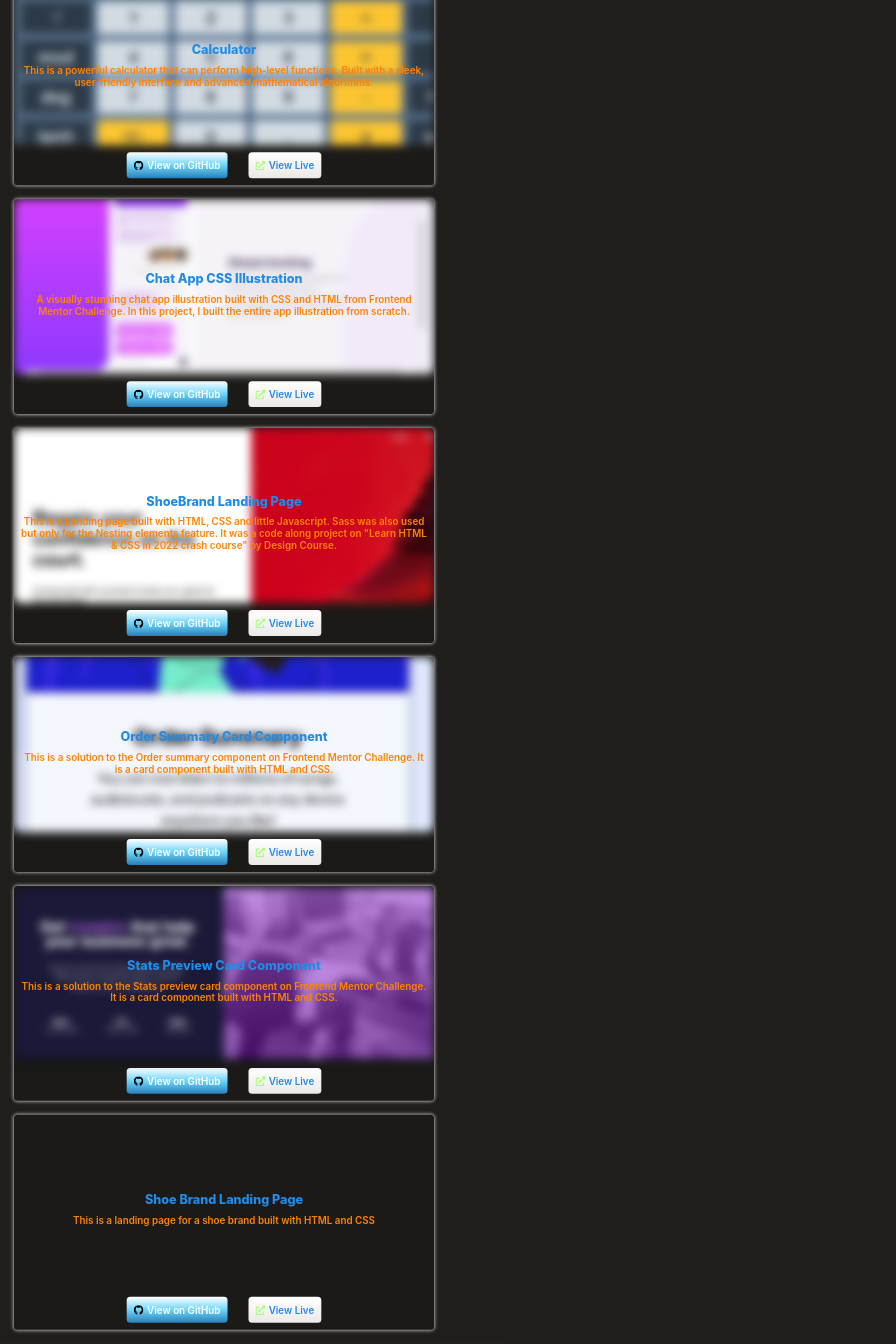
Repository: MikkyPrestige/portfolio
Page: /projects
An editor plug-in stored every save of this project. The page is shown before and after the next save, followed by the edit.
The browser window is 1280 px wide. The pictures show the part of the page from y = 2431 to 4351 px (the page is 4351 px tall before and 4024 px after), at 70% of full size.
The project was rebuilt for these pictures with package versions that can differ from the ones it lists, and the page was loaded fresh each time. Also part of the build but not shown: src/components/avatar.jsx, src/components/home.jsx, src/components/about.jsx, src/components/fallback.jsx.

Above is the page before, as saved 2023-02-21 20:52:16.

### public/index.html
<!DOCTYPE html>
<html lang="en">
  <head>
    <meta charset="utf-8" />
    <link rel="icon" href="%PUBLIC_URL%/favicon.ico" />
    <meta name="viewport" content="width=device-width, initial-scale=1" />
    <meta name="theme-color" content="#000000" />
    <meta
      name="description"
      content="Web site created using create-react-app"
    />
    <link rel="apple-touch-icon" href="%PUBLIC_URL%/logo192.png" />
    <!--
      manifest.json provides metadata used when your web app is installed on a
      user's mobile device or desktop. See https://developers.google.com/web/fundamentals/web-app-manifest/
    -->
    <link rel="manifest" href="%PUBLIC_URL%/manifest.json" />
    <!--
      Notice the use of %PUBLIC_URL% in the tags above.
      It will be replaced with the URL of the `public` folder during the build.
      Only files inside the `public` folder can be referenced from the HTML.

      Unlike "/favicon.ico" or "favicon.ico", "%PUBLIC_URL%/favicon.ico" will
      work correctly both with client-side routing and a non-root public URL.
      Learn how to configure a non-root public URL by running `npm run build`.
    -->
    <title>Elue Michael Portfolio</title>
  </head>
  <body>
    <noscript>You need to enable JavaScript to run this app.</noscript>
    <div id="root"></div>
    <!--
      This HTML file is a template.
      If you open it directly in the browser, you will see an empty page.

      You can add webfonts, meta tags, or analytics to this file.
      The build step will place the bundled scripts into the <body> tag.

      To begin the development, run `npm start` or `yarn start`.
      To create a production bundle, use `npm run build` or `yarn build`.
    -->
  </body>
</html>

### src/assets/styles/sass/main.scss
@import 'abstracts/variables';
@import 'base/utilities';
@import 'base/base';
@import 'layouts/header';
@import 'pages/home';
@import 'pages/about';
@import 'pages/projects';
@import 'base/animation';

// @media (prefers-reduced-motion: no-preference) {
//   .App-logo {
//     animation: App-logo-spin infinite 20s linear;
//   }
// }

// @keyframes App-logo-spin {
//   from {
//     transform: rotate(0deg);
//   }
//   to {
//     transform: rotate(360deg);
//   }
// }

### src/components/projects.jsx
import { Link } from "react-router-dom";
import { FaGithub } from "react-icons/fa";
import { FaExternalLinkAlt } from "react-icons/fa";

const Projects = () => {
  return (
    <div className="project">
      <h1 className="project--title">My Works</h1>
      <div className="project--wrapper">
        <div className="project--card">
          <div className="project--card__blur project--card__blur-1"></div>
          <div className="project--card__content">
            <h2 className="project--card__content__title">GitHub Repository App</h2>
            <p className="project--card__content__desc">
            This is a React-based web app that utilizes the GitHub API to showcase a user's repositories. With its sleek and intuitive interface, this app allows users to easily view all of their repositories in one place, including details such as the name, description, and number of stars.
            </p>
          </div>
          <div className="project--card__links">
            <Link
              to={{ pathname: "https://github.com/MeekyBerry/RandomPeopleApp" }}
              target="_blank"
              className="project--card__links__link github-link-bg"
            >
              <FaGithub style={{ color: "#000"}} />
              View on GitHub
            </Link>
            <Link
              to={{ pathname: "https://randompeopleapp.vercel.app" }}
              target="_blank"
              className="project--card__links__link live-link-bg blue-markup"
            >
              <FaExternalLinkAlt style={{ color: "#a8ff78"}} />
              View Live
            </Link>
          </div>
        </div>
        <div className="project--card">
          <div className="project--card__blur project--card__blur-2"></div>
          <div className="project--card__content">
            <h2 className="project--card__content__title">Phonie App</h2>
            <p className="project--card__content__desc">
              The Phonie Project is a web-based application created by the team
              "Phantom_Devz" that determines the telecom carrier based on a
              phone number entered by the user
            </p>
          </div>
          <div className="project--card__links">
            <Link
              to={{
                pathname:
                  "https://github.com/MeekyBerry/Phonie-project-Phantom_Devz",
              }}
              target="_blank"
              className="project--card__links__link github-link-bg"
            >
              <FaGithub style={{ color: "#000"}} />
              View on GitHub
            </Link>
            <Link
              to={{ pathname: "https://phantom-devz-phonie.netlify.app/" }}
              target="_blank"
              className="project--card__links__link live-link-bg blue-markup"
            >
              <FaExternalLinkAlt style={{ color: "#a8ff78"}} />
              View Live
            </Link>
          </div>
        </div>
        <div className="project--card">
          <div className="project--card__blur project--card__blur-3"></div>
          <div className="project--card__content">
            <h2 className="project--card__content__title">
              RandomPeopleApp
            </h2>
            <p className="project--card__content__desc">
            This is a web app that uses firebase authentication and displays
              random people data generated from randomuser API. (built with
              React).
            </p>
          </div>
          <div className="project--card__links">
            <Link
              to={{
                pathname:
                  "https://github.com/MeekyBerry/Frontend-Mentor-challenges/tree/main/chat-app-css-illustration",
              }}
              target="_blank"
              className="project--card__links__link github-link-bg"
            >
              <FaGithub style={{ color: "#000"}} />
              View on GitHub
            </Link>
            <Link
              to={{ pathname: "https://chat-app-css-project.netlify.app/" }}
              target="_blank"
              className="project--card__links__link live-link-bg blue-markup"
            >
              <FaExternalLinkAlt style={{ color: "#a8ff78"}} />
              View Live
            </Link>
          </div>
        </div>
        <div className="project--card">
          <div className="project--card__blur project--card__blur-4"></div>
          <div className="project--card__content">
            <h2 className="project--card__content__title">
              Interactive Rating Component
            </h2>
            <p className="project--card__content__desc">
            An interactive rating component built with HTML, CSS, and JavaScript. This is a small project to practice handling user interactions and updating the DOM.
            </p>
          </div>
          <div className="project--card__links">
            <Link
              to={{
                pathname:
                  "https://github.com/MeekyBerry/Advanced-CSS-Sass-Course-Projects/tree/master/Natours-project",
              }}
              target="_blank"
              className="project--card__links__link github-link-bg"
            >
              <FaGithub style={{ color: "#000"}} />
              View on GitHub
            </Link>
            <Link
              to={{ pathname: "https://natour-landing-page.netlify.app/" }}
              target="_blank"
              className="project--card__links__link live-link-bg blue-markup"
            >
              <FaExternalLinkAlt style={{ color: "#a8ff78"}} />
              View Live
            </Link>
          </div>
        </div>
        <div className="project--card">
          <div className="project--card__blur project--card__blur-5"></div>
          <div className="project--card__content">
            <h2 className="project--card__content__title">
              Natours Landing Page
            </h2>
            <p className="project--card__content__desc">
            This is a landing page for a fictional company called Natours. It
              was built with HTML, CSS and SASS From JONAS SCHMEDTMANN online course.
            </p>
          </div>
          <div className="project--card__links">
            <Link
              to={{
                pathname:
                  "https://github.com/MeekyBerry/exam-project-altschoolafrica",
              }}
              target="_blank"
              className="project--card__links__link github-link-bg"
            >
              <FaGithub style={{ color: "#000"}} />
              View on GitHub
            </Link>
            <Link
              to={{ pathname: "https://github-repos-display.vercel.app/" }}
              target="_blank"
              className="project--card__links__link live-link-bg blue-markup"
            >
              <FaExternalLinkAlt style={{ color: "#a8ff78"}} />
              View Live
            </Link>
          </div>
        </div>
        <div className="project--card">
          <div className="project--card__blur project--card__blur-6"></div>
          <div className="project--card__content">
            <h2 className="project--card__content__title">
              Trillo Landing Page
            </h2>
            <p className="project--card__content__desc">
              This is a landing page for a fictional company called Trillo. It
              was built with HTML, CSS and SASS From JONAS SCHMEDTMANN online course.
            </p>
          </div>
          <div className="project--card__links">
            <Link
              to={{
                pathname:
                  "https://github.com/MeekyBerry/Advanced-CSS-Sass-Course-Projects/tree/master/Trillow-project",
              }}
              target="_blank"
              className="project--card__links__link github-link-bg"
            >
              <FaGithub style={{ color: "#000"}} />
              View on GitHub
            </Link>
            <Link
              to={{
                pathname: "https://fantastic-crostata-3e9a02.netlify.app/",
              }}
              target="_blank"
              className="project--card__links__link live-link-bg blue-markup"
            >
              <FaExternalLinkAlt style={{ color: "#a8ff78"}} />
              View Live
            </Link>
          </div>
        </div>
        <div className="project--card">
          <div className="project--card__blur project--card__blur-7"></div>
          <div className="project--card__content">
            <h2 className="project--card__content__title">
              Phony Authentication
            </h2>
            <p className="project--card__content__desc">
              This is a simple authentication app built with React and Firebase.
            </p>
          </div>
          <div className="project--card__links">
            <Link
              to={{
                pathname:
                  "https://github.com/MeekyBerry/fake-user-authentication",
              }}
              target="_blank"
              className="project--card__links__link github-link-bg"
            >
              <FaGithub style={{ color: "#000"}} />
              View on GitHub
            </Link>
            <Link
              to={{ pathname: "https://fake-auth.vercel.app/" }}
              target="_blank"
              className="project--card__links__link live-link-bg blue-markup"
            >
              <FaExternalLinkAlt style={{ color: "#a8ff78"}} />
              View Live
            </Link>
          </div>
        </div>
        <div className="project--card">
          <div className="project--card__blur project--card__blur-8"></div>
          <div className="project--card__content">
            <h2 className="project--card__content__title">Calculator</h2>
            <p className="project--card__content__desc">
            This is a powerful calculator that can perform high-level functions. Built with a sleek, user-friendly interface and advanced mathematical algorithms.
            </p>
          </div>
          <div className="project--card__links">
            <Link
              to={{ pathname: "https://github.com/MeekyBerry/calculator" }}
              target="_blank"
              className="project--card__links__link github-link-bg"
            >
              <FaGithub style={{ color: "#000"}} />
              View on GitHub
            </Link>
            <Link
              to={{ pathname: "https://calculator-omega-murex.vercel.app/" }}
              target="_blank"
              className="project--card__links__link live-link-bg blue-markup"
            >
              <FaExternalLinkAlt style={{ color: "#a8ff78"}} />
              View Live
            </Link>
          </div>
        </div>
        <div className="project--card">
          <div className="project--card__blur project--card__blur-9"></div>
          <div className="project--card__content">
            <h2 className="project--card__content__title">
            Chat App CSS Illustration
            </h2>
            <p className="project--card__content__desc">
            A visually stunning chat app illustration built with CSS and HTML from Frontend Mentor Challenge. In this project, I built the entire app illustration from scratch.
            </p>
          </div>
          <div className="project--card__links">
            <Link
              to={{
                pathname:
                  "https://github.com/MeekyBerry/Frontend-Mentor-challenges/tree/main/interactive-rating-component",
              }}
              target="_blank"
              className="project--card__links__link github-link-bg"
            >
              <FaGithub style={{ color: "#000"}} />
              View on GitHub
            </Link>
            <Link
              to={{
                pathname:
                  "https://interactive-ratings-component-project.netlify.app/",
              }}
              target="_blank"
              className="project--card__links__link live-link-bg blue-markup"
            >
              <FaExternalLinkAlt style={{ color: "#a8ff78"}} />
              View Live
            </Link>
          </div>
        </div>
        <div className="project--card">
          <div className="project--card__blur project--card__blur-10"></div>
          <div className="project--card__content">
            <h2 className="project--card__content__title">
              ShoeBrand Landing Page
            </h2>
            <p className="project--card__content__desc">
            This is a Landing page built with HTML, CSS and little Javascript. Sass was also used but only for the Nesting elements feature. It was a code along project on "Learn HTML & CSS in 2022 crash course" by Design Course.
            </p>
          </div>
          <div className="project--card__links">
            <Link
              to={{
                pathname:
                  "https://github.com/MeekyBerry/Frontend-Mentor-challenges/tree/main/fylo-data-store-layout",
              }}
              target="_blank"
              className="project--card__links__link github-link-bg"
            >
              <FaGithub style={{ color: "#000"}} />
              View on GitHub
            </Link>
            <Link
              to={{ pathname: "https://fylo-data-store-layout.netlify.app/" }}
              target="_blank"
              className="project--card__links__link live-link-bg blue-markup"
            >
              <FaExternalLinkAlt style={{ color: "#a8ff78"}} />
              View Live
            </Link>
          </div>
        </div>
        <div className="project--card">
          <div className="project--card__blur project--card__blur-11"></div>
          <div className="project--card__content">
            <h2 className="project--card__content__title">
              Order Summary Card Component
            </h2>
            <p className="project--card__content__desc">
            This is a solution to the Order summary component on Frontend Mentor Challenge. It is a card component built with HTML and CSS.
            </p>
          </div>
          <div className="project--card__links">
            <Link
              to={{
                pathname:
                  "https://github.com/MeekyBerry/Frontend-Mentor-challenges/tree/main/order-summary-card-component",
              }}
              target="_blank"
              className="project--card__links__link github-link-bg"
            >
              <FaGithub style={{ color: "#000"}} />
              View on GitHub
            </Link>
            <Link
              to={{
                pathname: "https://order-summary-card-project.netlify.app/",
              }}
              target="_blank"
              className="project--card__links__link live-link-bg blue-markup"
            >
              <FaExternalLinkAlt style={{ color: "#a8ff78"}} />
              View Live
            </Link>
          </div>
        </div>
        <div className="project--card">
          <div className="project--card__blur project--card__blur-12"></div>
          <div className="project--card__content">
            <h2 className="project--card__content__title">
              Stats Preview Card Component
            </h2>
            <p className="project--card__content__desc">
              This is a solution to the Stats preview card component on Frontend Mentor Challenge. It is a card component built with HTML and CSS.
            </p>
          </div>
          <div className="project--card__links">
            <Link
              to={{
                pathname:
                  "https://github.com/MeekyBerry/Frontend-Mentor-challenges/tree/main/stats-preview-card-compo",
              }}
              target="_blank"
              className="project--card__links__link github-link-bg"
            >
              <FaGithub style={{ color: "#000"}} />
              View on GitHub
            </Link>
            <Link
              to={{
                pathname: "https://stats-preview-card-project.netlify.app/",
              }}
              target="_blank"
              className="project--card__links__link live-link-bg blue-markup"
            >
              <FaExternalLinkAlt style={{ color: "#a8ff78"}} />
              View Live
            </Link>
          </div>
        </div>
        <div className="project--card">
          <div className="project--card__blur project--card__blur-13"></div>
          <div className="project--card__content">
            <h2 className="project--card__content__title">
              Shoe Brand Landing Page
            </h2>
            <p className="project--card__content__desc">
              This is a landing page for a shoe brand built with HTML and CSS
            </p>
          </div>
          <div className="project--card__links">
            <Link
              to={{
                pathname:
                  "https://github.com/MeekyBerry/Shoe-brand-landing-page",
              }}
              target="_blank"
              className="project--card__links__link github-link-bg"
            >
              <FaGithub style={{ color: "#000"}} />
              View on GitHub
            </Link>
            <Link
              to={{ pathname: "https://shoe-brand-landing-page.netlify.app/" }}
              target="_blank"
              className="project--card__links__link live-link-bg blue-markup"
            >
              <FaExternalLinkAlt style={{ color: "#a8ff78"}} />
              View Live
            </Link>
          </div>
        </div>
      </div>
    </div>
  );
};

export default Projects;

### src/assets/styles/sass/base/_utilities.scss
.github-link-bg {
  background: linear-gradient(to top, var(--dark-blue--1), var(--light-blue--2), var(--color--white));
}

.live-link-bg {
  background: linear-gradient(to top, var(--color--white-2), var(--color--white));
}

.blue-markup {
  color: var(--blue-cyan) !important;
}

### src/assets/styles/sass/base/_base.scss
*,
*::after,
*::before {
  margin: 0;
  padding: 0;
  box-sizing: border-box;
}

html {
  font-size: 62.5%;
  font-family: var(--font-family);
  color: var(--color-white);
  background-color: var(--color--bg);
}

::selection {
  background-color: var(--color-primary);
  color: var(--color-white);
}

### src/assets/styles/sass/pages/home.scss
.home {
  width: 100%;
  height: 100vh;
  background: radial-gradient(100% 100% at 50% 100%, var(--color--bg-dark-2) 21.52%, var(--color--bg-dark) 100%);

  &--contents {
    display: flex;
    flex-direction: column;
    justify-content: center;
    align-items: center;
    padding: 3rem 5rem;
    gap: 3rem;
  }

  &--content {
    display: flex;
    flex-direction: column;
    align-items: flex-start;
    padding: 0;
    gap: .5rem;

    &__title {
      font-family: var(--font-family--secondary);
      font-size: var(--font-size--x-large);
      font-weight: var(--font-weight--boldest);
      color: var(--dark-blue);
    }

    &__subtitle {
      font-family: var(--font-family--secondary);
      font-size: var(--font-size--large);
      font-weight: var(--font-weight--bold);
      color: var(--color--text);
    }

    &__desc {
      font-family: var(--font-family--secondary);
      font-size: var(--font-size--small);
      font-weight: var(--font-weight--regular);
      color: var(--color--white-1);
    }
  }

  &--avatar {
    border-radius: 5%;
    -webkit-border-radius: 5%;
    -moz-border-radius: 5%;
    -ms-border-radius: 5%;
    -o-border-radius: 5%;
    background-image: radial-gradient(circle, var(--blue-cyan) 5%, var(--light-blue--1) 95%);
  }
}

### src/assets/styles/sass/base/_animation.scss
//  INFINITE HEARTBEAT PAUSE ANIMATION

@keyframes Heartbeat {
  0% {
    transform: scale(1);
    -webkit-transform: scale(1);
    -moz-transform: scale(1);
    -ms-transform: scale(1);
    -o-transform: scale(1);
  }

  50% {
    transform: scale(1.05);
    -webkit-transform: scale(1.05);
    -moz-transform: scale(1.05);
    -ms-transform: scale(1.05);
    -o-transform: scale(1.05);
  }

  100% {
    transform: scale(1);
    -webkit-transform: scale(1);
    -moz-transform: scale(1);
    -ms-transform: scale(1);
    -o-transform: scale(1);
  }
}

Loaded but not shown: src/index.css (common file); src/reportWebVitals.js (common file); src/index.js (21 lines, source omitted); src/App.js (22 lines, source omitted); src/components/layout.jsx (141 lines, source omitted); src/assets/styles/sass/pages/_projects.scss (161 lines, source omitted); src/assets/styles/sass/pages/_about.scss (158 lines, source omitted); src/assets/styles/sass/layouts/_header.scss (111 lines, source omitted); src/assets/styles/sass/abstracts/_variables.scss (67 lines, source omitted)

After the next save:
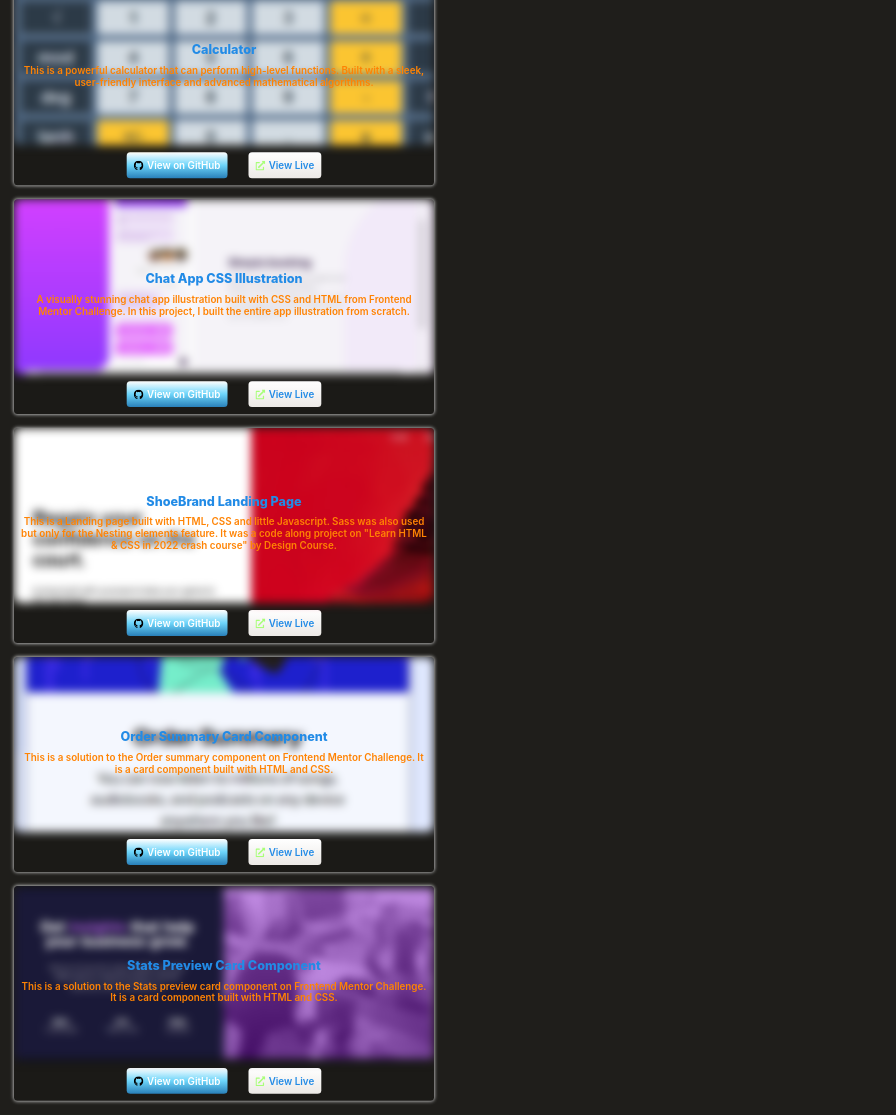
Saved 40 s later.
--- a/src/components/projects.jsx
+++ b/src/components/projects.jsx
@@ -394,7 +394,7 @@ const Projects = () => {
             </Link>
           </div>
         </div>
-        <div className="project--card">
+        {/* <div className="project--card">
           <div className="project--card__blur project--card__blur-13"></div>
           <div className="project--card__content">
             <h2 className="project--card__content__title">
@@ -425,7 +425,7 @@ const Projects = () => {
               View Live
             </Link>
           </div>
-        </div>
+        </div> */}
       </div>
     </div>
   );
